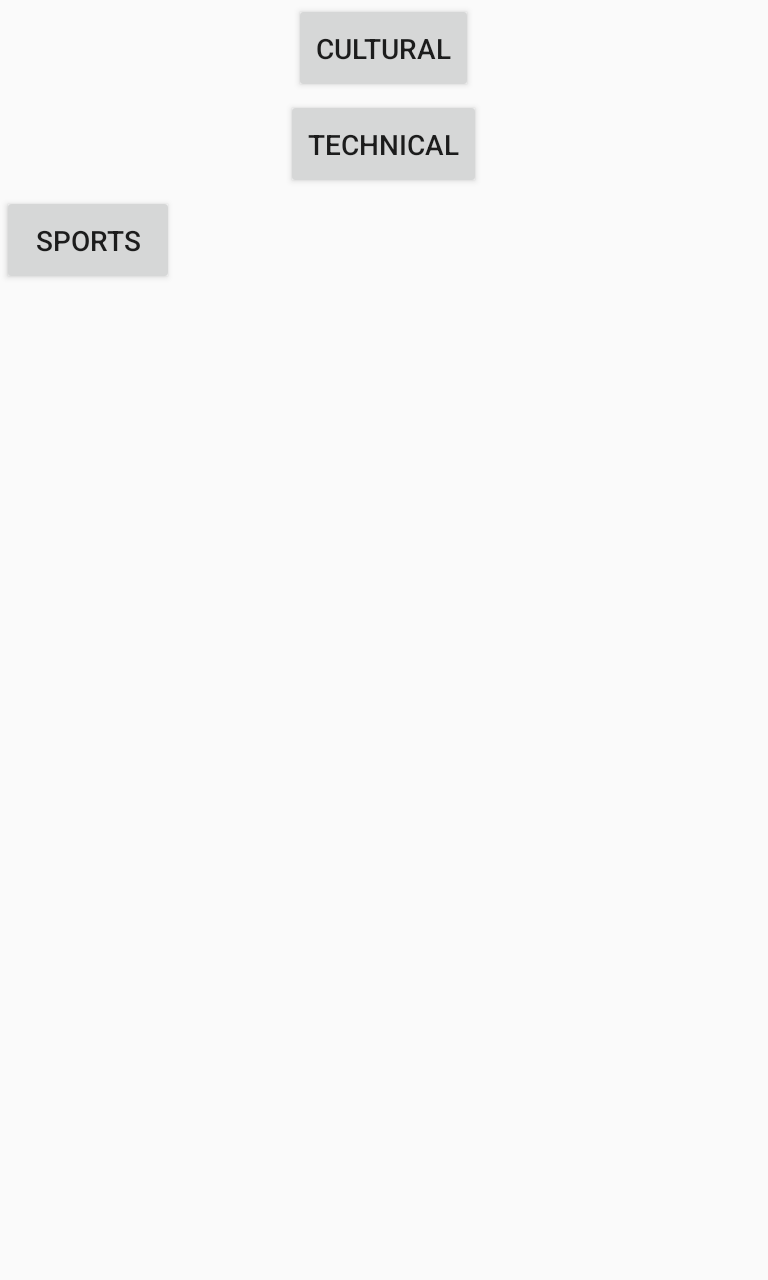
Repository: Attaphon1996/Engineering-Stuff
Layout: OSource/Android Play/Android_Projects/YASH15.0/res/layout/day2.xml
An editor plug-in stored every save of this project. The layout is shown before and after the next save, followed by the edit.
It is drawn on a 768 x 1280 px phone screen (xhdpi) without system bars, with theme AppTheme; the app's code is not run.

Above is the layout before, as saved 2015-02-07 16:44:29.

After the next save:
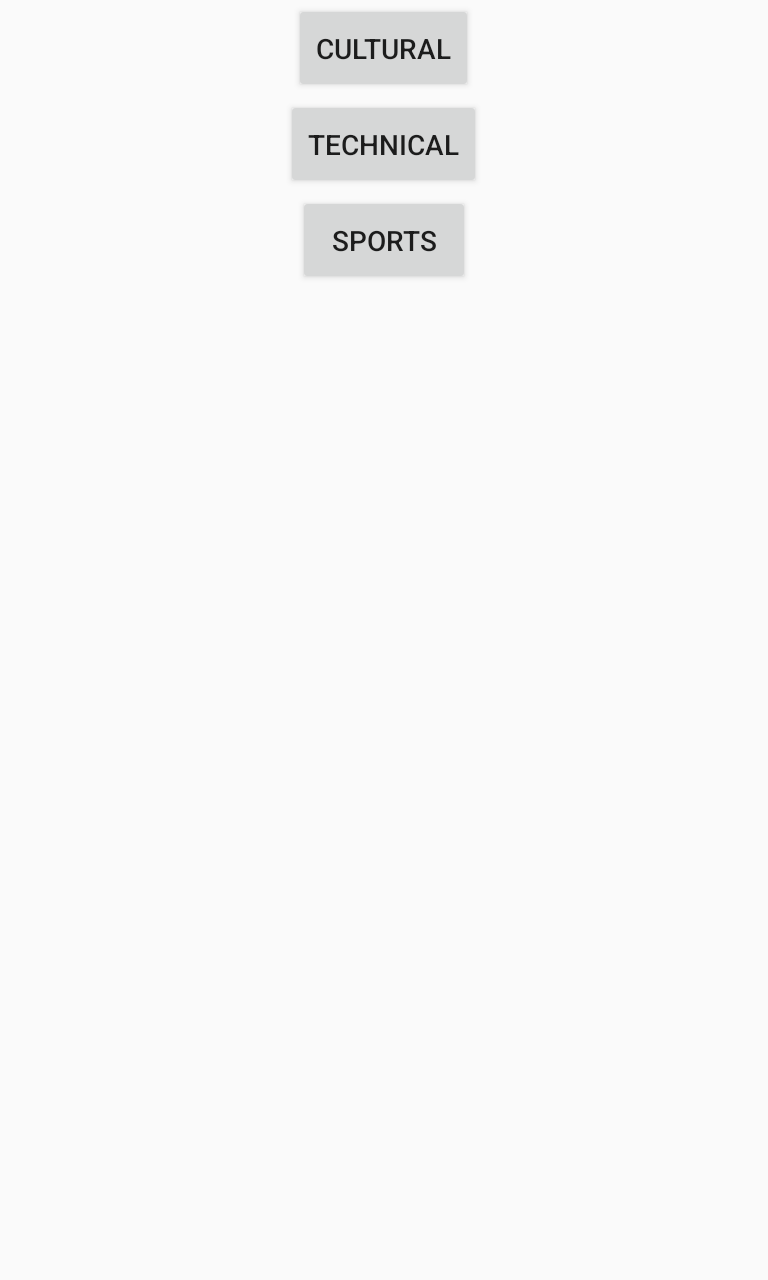
Saved 4 s later.
--- a/OSource/Android Play/Android_Projects/YASH15.0/res/layout/day2.xml
+++ b/OSource/Android Play/Android_Projects/YASH15.0/res/layout/day2.xml
@@ -22,6 +22,7 @@
         android:id="@+id/day2_sports"
         android:layout_width="wrap_content"
         android:layout_height="wrap_content"
-        android:text="@string/sports" />
+        android:text="@string/sports"
+        android:layout_gravity="center" />
 
 </LinearLayout>
